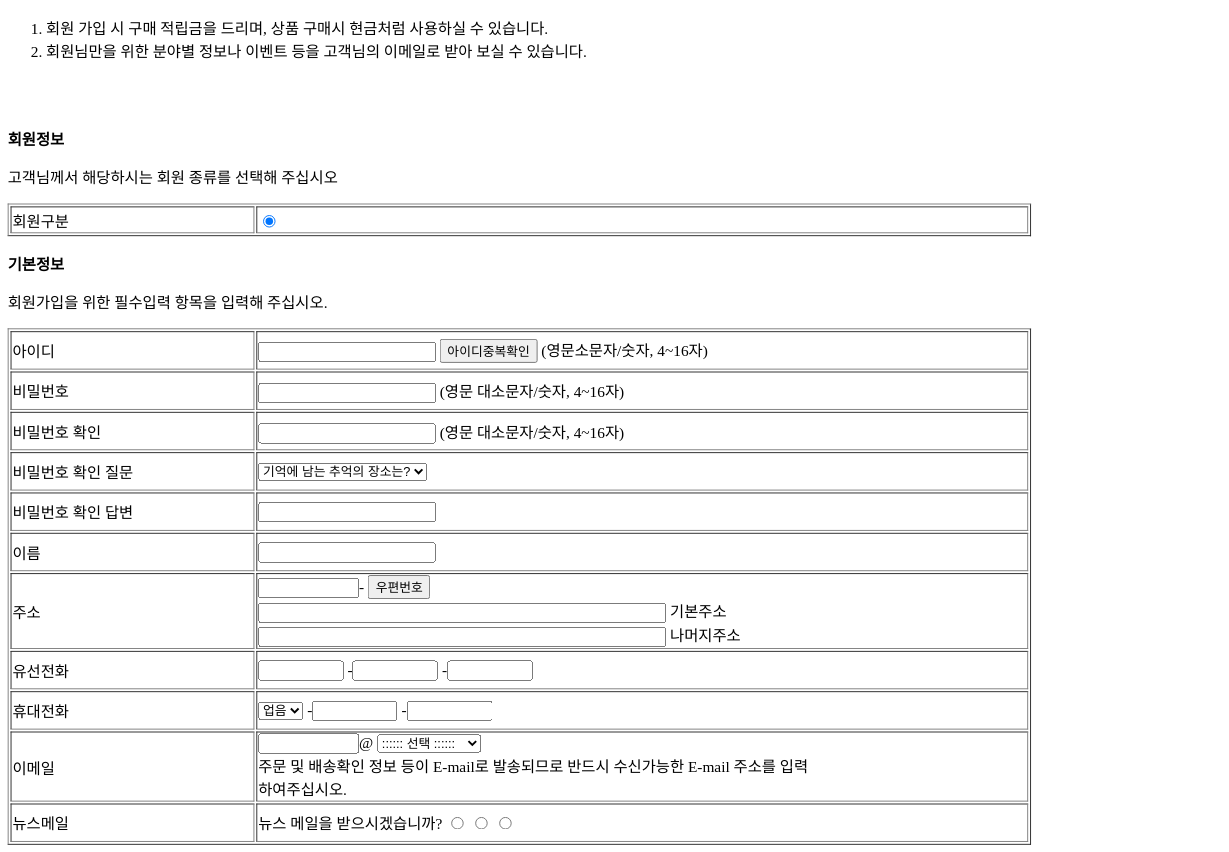
Repository: Leewonhoo/kostaweb
Page: Web_hello/WebContent/form.html
These files come from the project's save history. The page is drawn as it stood at one moment and after the next save; the edit follows.
The browser window is 1280 px wide. The pictures show the whole page, at 96% of full size.

Above is the page before, as saved 2017-09-08 07:08:52.

### Web_hello/WebContent/form.html
<!DOCTYPE html PUBLIC "-//W3C//DTD HTML 4.01 Transitional//EN" "http://www.w3.org/TR/html4/loose.dtd">
<html>
<head>
<meta http-equiv="Content-Type" content="text/html; charset=EUC-KR">
<title>Form 예제</title>
</head>
<body>
	<ol>
		<li>회원 가입 시 구매 적립금을 드리며, 상품 구매시 현금처럼 사용하실 수 있습니다.</li>
		<li>회원님만을 위한 분야별 정보나 이벤트 등을 고객님의 이메일로 받아 보실 수 있습니다.</li>
	</ol>
	<br><br>
	<p><b>회원정보</b></p>
	<p>고객님께서 해당하시는 회원 종류를 선택해 주십시오</p>
	<table border="1">
		<tr>
			<td width="250px">회원구분</td>
			<td width="800px"><input type="radio" value="개인회원" checked="checked"></td>
		</tr>
	</table>
	<p><b>기본정보</b></p>
	<p>회원가입을 위한 필수입력 항목을 입력해 주십시오.</p>
	<table border="1">
		<tr height="40px">
			<td width="250px">아이디</td>
			<td width="800px">
				<input type="text" size="20">
				<input type="button" value="아이디중복확인">
				(영문소문자/숫자, 4~16자)
			</td>
		</tr>
		<tr height="40px">
			<td width="250px">비밀번호</td>
			<td width="800px">
				<input type="password" size="20">
				(영문 대소문자/숫자, 4~16자)
			</td>
		</tr>
		<tr height="40px">
			<td width="250px">비밀번호 확인</td>
			<td width="800px">
				<input type="password" size="20">
				(영문 대소문자/숫자, 4~16자)
			</td>
		</tr>
		<tr height="40px">
			<td width="250px">비밀번호 확인 질문</td>
			<td width="800px">
				<select>
					<option>기억에 남는 추억의 장소는?</option>
				</select>
			</td>
		</tr>
		<tr height="40px">
			<td width="250px">비밀번호 확인 답변</td>
			<td width="800px">
				<input type="text" size="20">
			</td>
		</tr>
		<tr height="40px">
			<td width="250px">이름</td>
			<td width="800px">
				<input type="text" size="20">
			</td>
		</tr>
		<tr height="40px">
			<td width="250px">주소</td>
			<td width="800px">
				<input type="text" size="10">-
				<input type="button" value="우편번호"><br>
				<input type="text" size="50"> 기본주소<br>
				<input type="text" size="50"> 나머지주소
			</td>
		</tr>
		<tr height="40px">
			<td width="250px">유선전화</td>
			<td width="800px">
				<input type="text" size="8">
				-<input type="text" size="8">
				-<input type="text" size="8">
			</td>
		</tr>
		<tr height="40px">
			<td width="250px">휴대전화</td>
			<td width="800px">
				<select><option>업음</option></select>
				-<input type="text" size="8">
				-<input type="text" size="8">
			</td>
		</tr>
		<tr height="40px">
			<td width="250px">이메일</td>
			<td width="800px">
				<input type="text" size="10">@
				<select size="1">
					<option>:::::: 선택 ::::::</option>
					<option>chol.com</option>
					<option>daum.net</option>
					<option>dreamwiz.com</option>
					<option>empal.com</option>
					<option>gmail.com</option>
					<option>hanmail.net</option>
					<option>hanmir.com</option>
					<option>hanafos.com</option>
					<option>hotmail.com</option>
					<option>lycos.co.kr</option>
					<option>nate.com</option>
					<option>naver.com</option>
					<option>paran.com</option>
					<option>yahoo.co.kr</option>
					<option>직접입력</option>
				</select>
				<div>주문 및 배송확인 정보 등이 E-mail로 발송되므로 반드시 수신가능한 E-mail 주소를 입력<br>
				하여주십시오.</div>
			</td>
		</tr>
		<tr height="40px">
			<td width="250px">뉴스메일</td>
			<td width="800px">
				뉴스 메일을 받으시겠습니까?
				<input type="radio" value="동의"/>
				<input type="radio" value="동의안함"/>
				<input type="radio" value="절대수신안함"/>
			</td>
		</tr>
	</table>
</body>
</html>

After the next save:
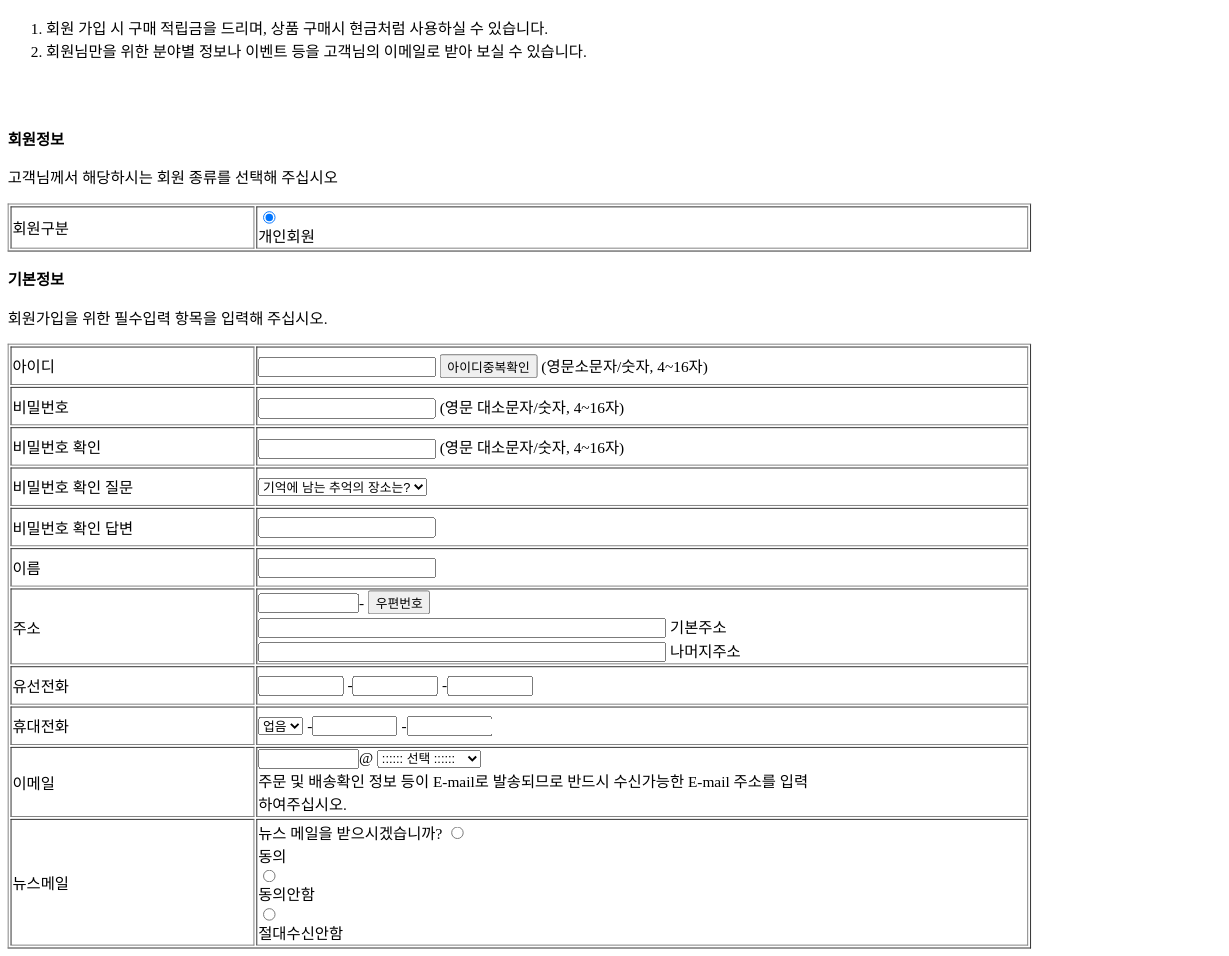
Saved 69 s later.
--- a/Web_hello/WebContent/form.html
+++ b/Web_hello/WebContent/form.html
@@ -15,7 +15,10 @@
 	<table border="1">
 		<tr>
 			<td width="250px">회원구분</td>
-			<td width="800px"><input type="radio" value="개인회원" checked="checked"></td>
+			<td width="800px">
+				<input type="radio" value="개인회원" checked="checked">
+				<div>개인회원</div>
+			</td>
 		</tr>
 	</table>
 	<p><b>기본정보</b></p>
@@ -118,9 +121,9 @@
 			<td width="250px">뉴스메일</td>
 			<td width="800px">
 				뉴스 메일을 받으시겠습니까?
-				<input type="radio" value="동의"/>
-				<input type="radio" value="동의안함"/>
-				<input type="radio" value="절대수신안함"/>
+				<input type="radio" value="동의"><div>동의</div>
+				<input type="radio" value="동의안함"><div>동의안함</div>
+				<input type="radio" value="절대수신안함"><div>절대수신안함</div>
 			</td>
 		</tr>
 	</table>

After the save that followed:
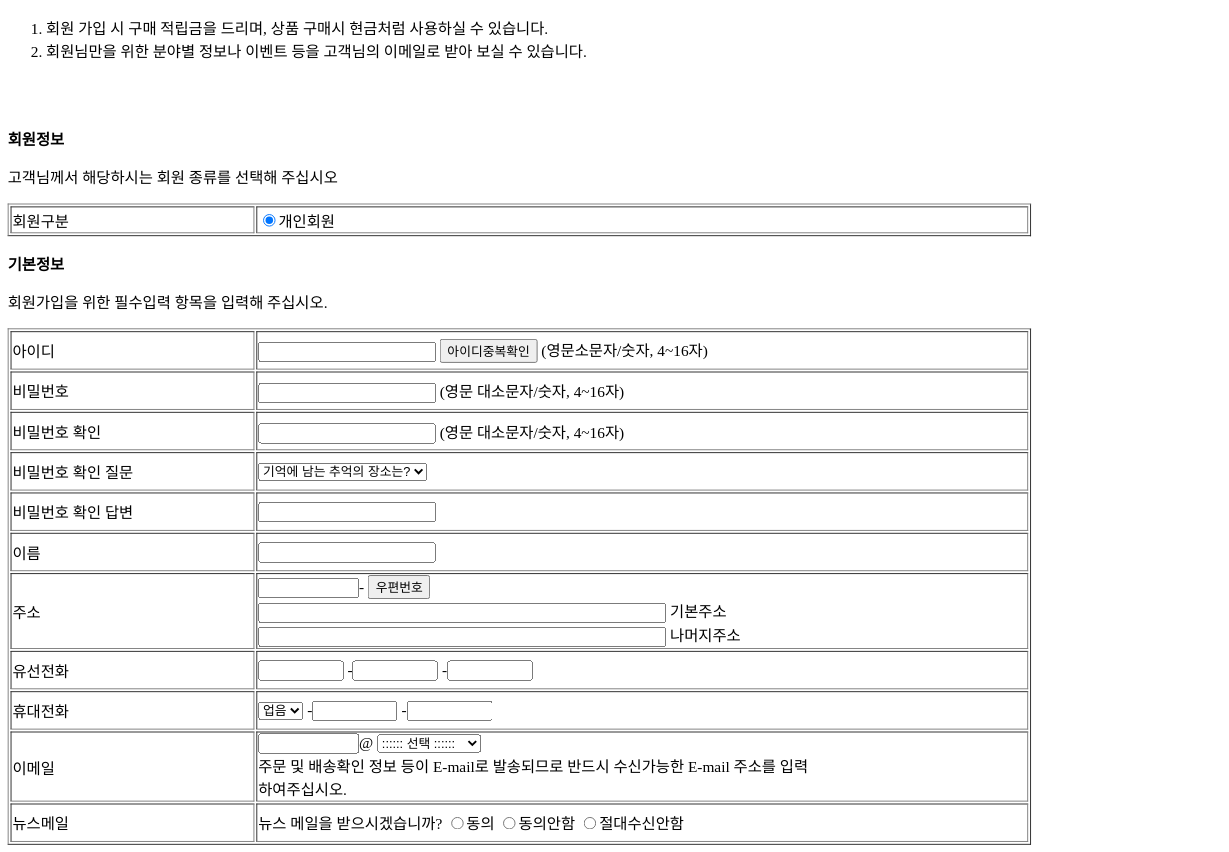
Saved 30 s later.
--- a/Web_hello/WebContent/form.html
+++ b/Web_hello/WebContent/form.html
@@ -16,8 +16,7 @@
 		<tr>
 			<td width="250px">회원구분</td>
 			<td width="800px">
-				<input type="radio" value="개인회원" checked="checked">
-				<div>개인회원</div>
+				<input type="radio" value="개인회원" checked="checked">개인회원
 			</td>
 		</tr>
 	</table>
@@ -121,9 +120,9 @@
 			<td width="250px">뉴스메일</td>
 			<td width="800px">
 				뉴스 메일을 받으시겠습니까?
-				<input type="radio" value="동의"><div>동의</div>
-				<input type="radio" value="동의안함"><div>동의안함</div>
-				<input type="radio" value="절대수신안함"><div>절대수신안함</div>
+				<input type="radio" value="동의">동의
+				<input type="radio" value="동의안함">동의안함
+				<input type="radio" value="절대수신안함">절대수신안함
 			</td>
 		</tr>
 	</table>
